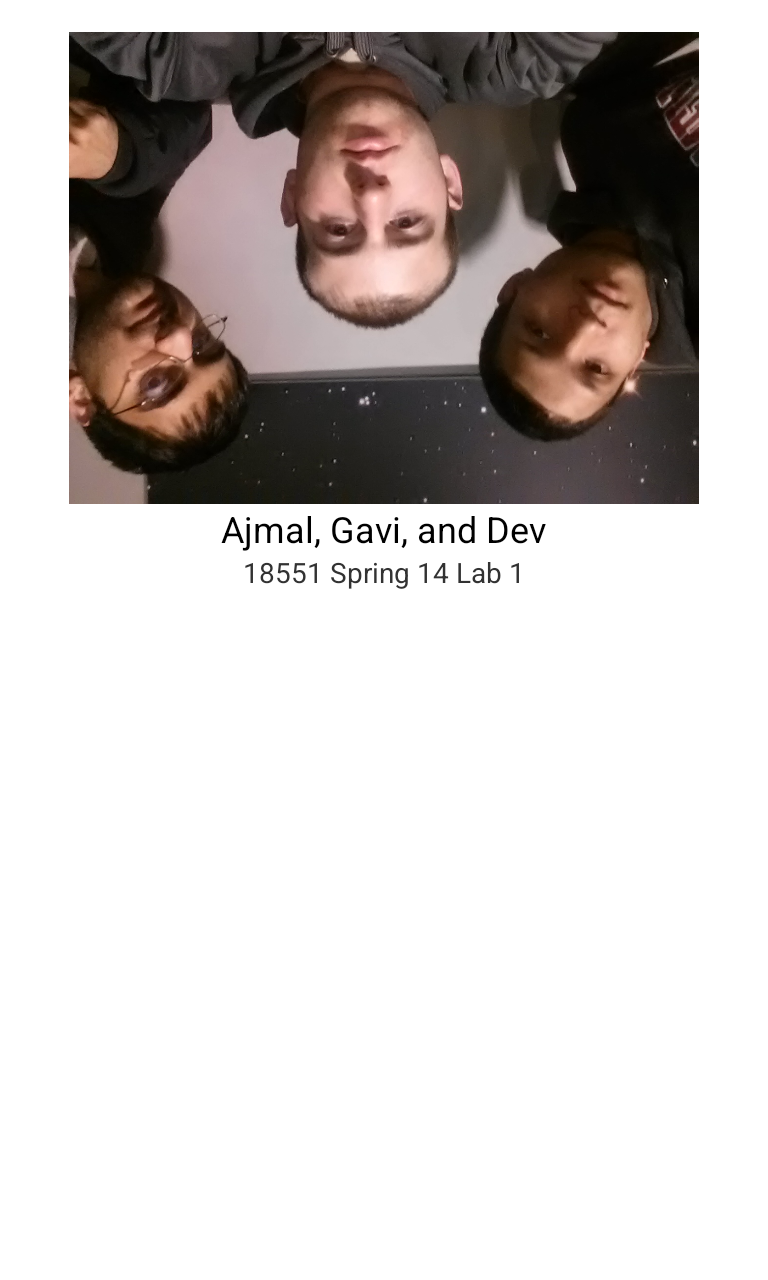
Repository: DevShah/18551
Layout: Lab1/Lab1/res/layout/activity_main.xml
The author's editor kept a copy of each file at every save. The layout is drawn from the files as they stood at one save, then again after the next save.
It is drawn on a 768 x 1280 px phone screen (xhdpi) without system bars, with theme AppTheme; the app's code is not run.

Above is the layout before, as saved 2014-01-27 03:05:34.

After the next save:
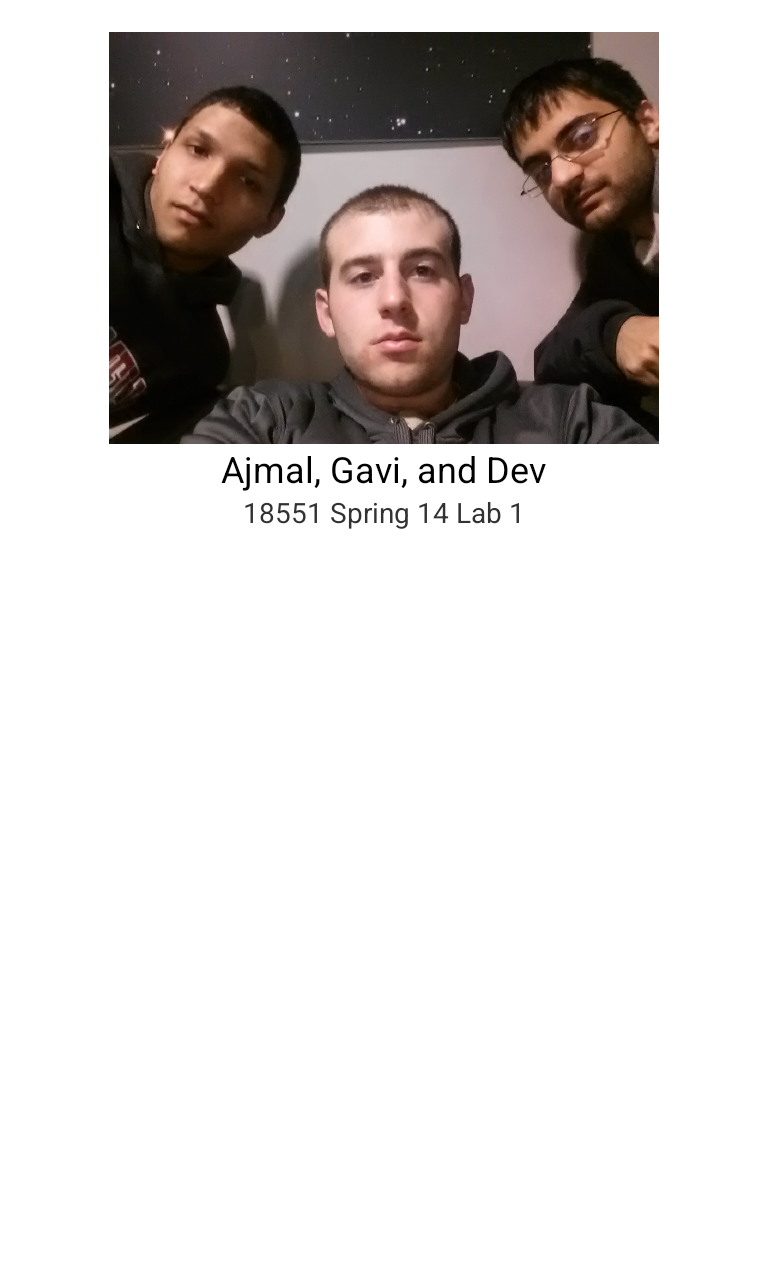
Saved 4 min 1 s later.
--- a/Lab1/Lab1/res/layout/activity_main.xml
+++ b/Lab1/Lab1/res/layout/activity_main.xml
@@ -18,10 +18,9 @@
         <ImageView
             android:id="@+id/imageView1"
             android:layout_width="match_parent"
-            android:layout_height="236dp"
-            android:contentDescription="group photo"
-            android:src="@drawable/group_pic"
-            tools:ignore="HardcodedText" />
+            android:layout_height="206dp"
+            android:src="@drawable/group_pic_2"
+            tools:ignore="ContentDescription" />
 
         <TextView
             android:id="@+id/textView1"
